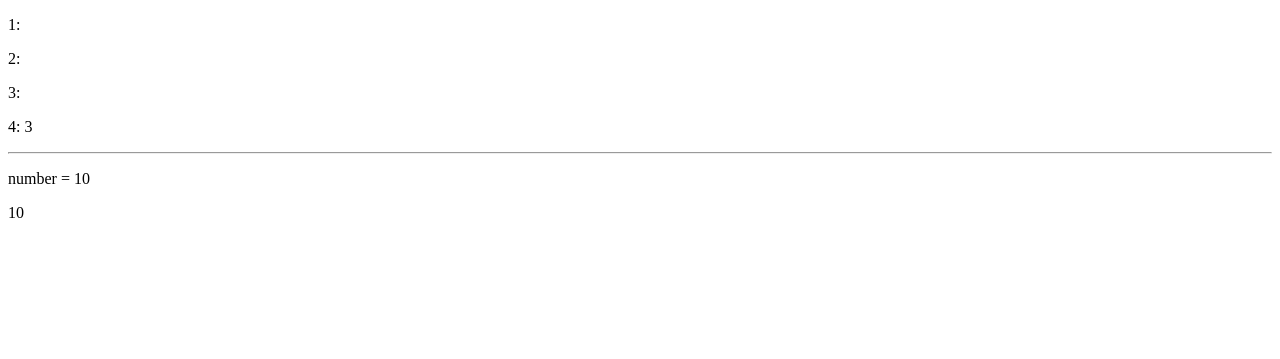
Repository: SongSooJin/JSP
Page: http://localhost/5-jsp-basic/example6/p132.jsp
An editor plug-in stored every save of this project. The page is shown before and after the next save, followed by the edit.
The browser window is 1280 px wide. The pictures show the whole page.
The page is served by Tomcat 9.

Above is the page before, as saved 2018-10-08 06:59:39.

After the next save:
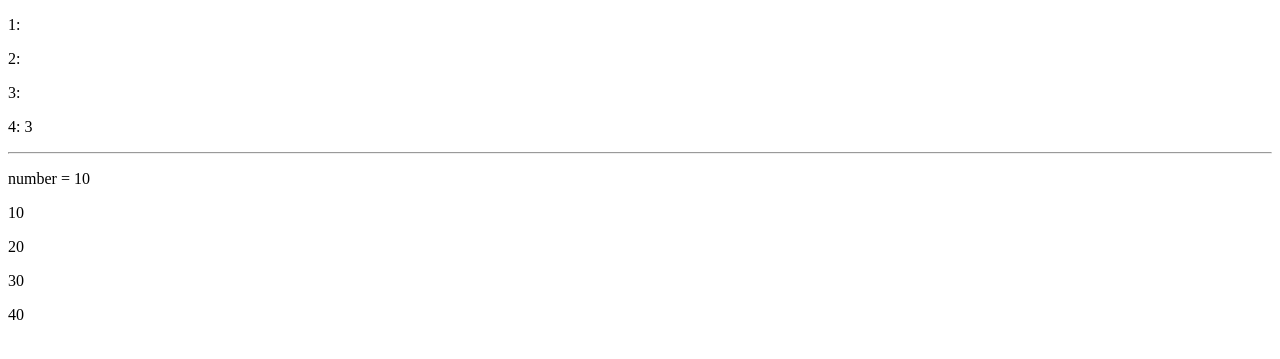
Saved 51 s later.
--- a/5-jsp-basic/WebContent/example6/p132.jsp
+++ b/5-jsp-basic/WebContent/example6/p132.jsp
@@ -44,9 +44,9 @@ EL 표현식에서 에러가 발생해도 예외가 전파되지 않는다. -->
 
 <p>number = ${number }</p>
 <p>${pageScope.number }</p>
-<p>${request.number }</p>
-<p>${session.number }</p>
-<p>${application.number }</p>
+<p>${requestScope.number }</p>
+<p>${sessionScope.number }</p>
+<p>${applicationScope.number }</p>
 
 </body>
 </html>
